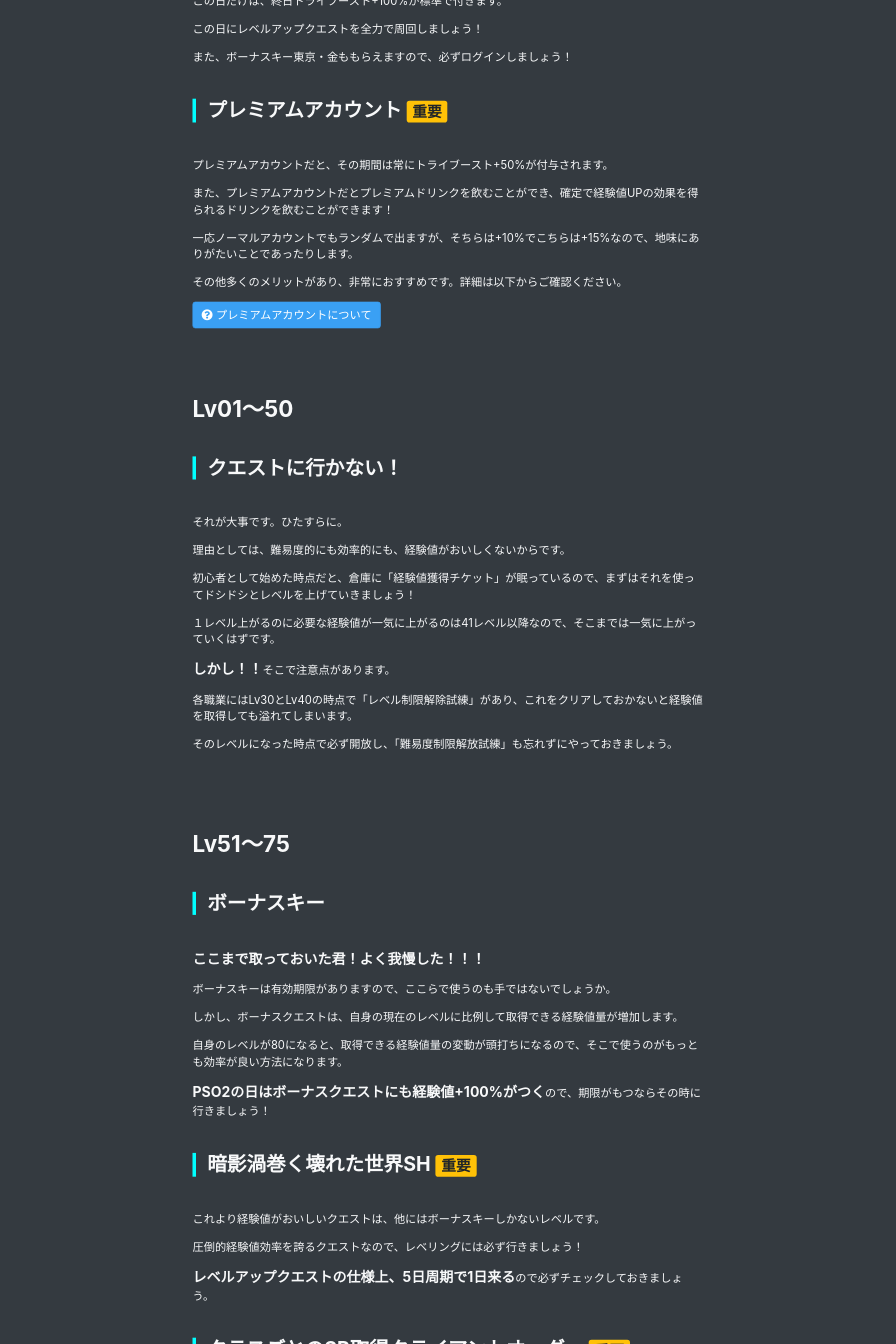
Repository: milkyahonpo/Website_source
Page: docs/capture.html
These files come from the project's save history. The page is drawn as it stood at one moment and after the next save; the edit follows.
The browser window is 1280 px wide. The pictures show the part of the page from y = 4580 to 6500 px (the page is 9526 px tall before and 9998 px after), at 70% of full size.
Some web libraries are served in a nearby version.

Above is the page before, as saved 2020-01-24 09:58:36.

### docs/capture.html
<!DOCTYPE html>
<html lang="ja">
  <head>
    <!-- Required meta tags -->
    <meta charset="utf-8">
    <meta name="viewport" content="width=device-width, initial-scale=1, shrink-to-fit=no">
    <!-- Bootstrap CSS -->
    <link rel="stylesheet" href="https://stackpath.bootstrapcdn.com/bootstrap/4.3.1/css/bootstrap.min.css" integrity="sha384-ggOyR0iXCbMQv3Xipma34MD+dH/1fQ784/j6cY/iJTQUOhcWr7x9JvoRxT2MZw1T" crossorigin="anonymous">
    <!-- My CSS -->
    <link rel="stylesheet" href="css/capture.css">
    <!-- favicon -->
    <link rel="shortcut icon" href="img/favicon.ico">
    <!-- Font Awesome -->
    <link href="https://use.fontawesome.com/releases/v5.6.1/css/all.css" rel="stylesheet">
    <!-- Google Fonts -->
    <link href="https://fonts.googleapis.com/css?family=Titillium+Web&display=swap" rel="stylesheet">

    <title>みるく屋本舗 - 攻略本 -</title>
  </head>

  <body>
  <!-- Navigation -->
  <nav class="navbar navbar-expand-lg navbar-light fixed-top py-3" id="mainNav">
    <div class="container">
      <a class="navbar-brand" href="index.html">
        <img src="./img/logo.png" width="50" height="50" alt="">
        <b>みるく屋本舗</b>
      </a>
      <button class="navbar-toggler navbar-togglar-right" type="button" data-toggle="collapse" data-target="#navbarResponsive" aria-controls="navbarResponsive" aria-expanded="false" aria-label="Toggle navigation">
        <span class="navbar-toggler-icon"></span>
      </button>
      <div class="collapse navbar-collapse" id="navbarResponsive">
        <ul class="navbar-nav ml-auto my-2 my-lg-0">
          <li class="nav-item">
            <a class="nav-link js-scroll-trigger" href="#basic">基礎知識</a>
          </li>
          <li class="nav-item">
            <a class="nav-link js-scroll-trigger" href="#lv1-50">Lv01～Lv50</a>
          </li>
          <li class="nav-item">
            <a class="nav-link js-scroll-trigger" href="#lv51-75">Lv51～Lv75</a>
          </li>
          <li class="nav-item">
            <a class="nav-link js-scroll-trigger" href="#lv76-80">Lv76～Lv80</a>
          </li>
          <li class="nav-item">
            <a class="nav-link js-scroll-trigger" href="#lv81-90">Lv81～Lv90</a>
          </li>
        </ul>
      </div>
    </div>
  </nav>
  <!-- About Section -->
  <section class="page-section h-100 bg-dark text-light">
    <div class="container h-100">
      <div class="row h-100 justify-content-center align-items-center">
        <div class="col-lg-8">
          <h2 class="display-1 mt-0 font-weight-bold text-center"><span style="color: cyan;">攻</span>略本</h2>
          <hr class="divider my-4">
          <p class="lead text-center">チムメンに役立つ育成情報を掲載します！</p>
          <p class="text-center"><small>最終更新 : 2020/01/23</small></p>
        </div>
      </div>
    </div>
  </section>

  <section class="page-section bg-dark text-light">
    <div class="container">
      <div class="row py-5 justify-content-center" id="basic">
        <div class="col-md-8">
          <h2 class="font-weight-bold">基礎知識</h2>
          <h3 class="my-5 pl-3"><strong class="font-weight-bold">メインクラスとサブクラス</strong></h3>
          <p>
            PSO2には「メインクラス」と「サブクラス」があります。
            <ul>
              <li>「メインクラス」装備できる武器に影響するクラス</li>
              <li>「サブクラス」一部のスキルとステータスの影響を受けるクラス<br>
            </ul>
            以下にクラス一覧と、その装備できる武器について示します。
          <p>
          <p class="alert alert-info">ガンスラッシュはどのクラスでも使用することができます。</p>
          <h4>通常クラス</h4>
          <table class="table table-striped table-hover my-3 table-dark">
            <tr><th>アイコン</th><th>クラス名</th><th>略称</th><th>装備できる武器</th></tr>
            <tr><td><img class="img-thumbnail" src="img/Hu.png"　style="display: inline-block" width="50px" height="auto"></td><td><a href="https://pso2.swiki.jp/index.php?%E3%83%8F%E3%83%B3%E3%82%BF%E3%83%BC">ハンター</a></td><td>Hu</td><td><ul><li>ソード</li><li>ワイヤードランス</li><li>パルチザン</li></ul></td></tr>
            <tr><td><img class="img-thumbnail" src="img/Fi.png"　style="display: inline-block" width="50px" height="auto"></td><td><a href="https://pso2.swiki.jp/index.php?%E3%83%95%E3%82%A1%E3%82%A4%E3%82%BF%E3%83%BC">ファイター</a></td><td>Fi</td><td><ul><li>ツインダガー</li><li>ダブルセイバー</li><li>ナックル</li></ul></td></tr>
            <tr><td><img class="img-thumbnail" src="img/Ra.png"　style="display: inline-block" width="50px" height="auto"></td><td><a href="https://pso2.swiki.jp/index.php?%E3%83%AC%E3%83%B3%E3%82%B8%E3%83%A3%E3%83%BC">レンジャー</a></td><td>Ra</td><td><ul><li>ランチャー</li><li>アサルトライフル</li></ul></td></tr>
            <tr><td><img class="img-thumbnail" src="img/Gu.png"　style="display: inline-block" width="50px" height="auto"></td><td><a href="https://pso2.swiki.jp/index.php?%E3%82%AC%E3%83%B3%E3%83%8A%E3%83%BC">ガンナー</a></td><td>Gu</td><td><ul><li>ツインマシンガン</li><li>アサルトライフル</li></ul></td></tr>
            <tr><td><img class="img-thumbnail" src="img/Fo.png"　style="display: inline-block" width="50px" height="auto"></td><td><a href="https://pso2.swiki.jp/index.php?%E3%83%95%E3%82%A9%E3%83%BC%E3%82%B9">フォース</a></td><td>Fo</td><td><ul><li>ロッド</li><li>タリス</li></ul></td></tr>
            <tr><td><img class="img-thumbnail" src="img/Te.png"　style="display: inline-block" width="50px" height="auto"></td><td><a href="https://pso2.swiki.jp/index.php?%E3%83%86%E3%82%AF%E3%82%BF%E3%83%BC">テクター</a></td><td>Te</td><td><ul><li>ウォンド</li><li>タリス</li></ul></td></tr>
            <tr><td><img class="img-thumbnail" src="img/Br.png"　style="display: inline-block" width="50px" height="auto"></td><td><a href="https://pso2.swiki.jp/index.php?%E3%83%96%E3%83%AC%E3%82%A4%E3%83%90%E3%83%BC">ブレイバー</a></td><td>Br</td><td><ul><li>カタナ</li><li>バレットボウ</li></ul></td></tr>
            <tr><td><img class="img-thumbnail" src="img/Bo.png"　style="display: inline-block" width="50px" height="auto"></td><td><a href="https://pso2.swiki.jp/index.php?%E3%83%90%E3%82%A6%E3%83%B3%E3%82%B5%E3%83%BC">バウンサー</a></td><td>Bo</td><td><ul><li>ジェットブーツ</li><li>デュアルブレード</li></ul></td></tr>
            <tr><td><img class="img-thumbnail" src="img/Su.png"　style="display: inline-block" width="50px" height="auto"></td><td><a href="https://pso2.swiki.jp/index.php?%E3%82%B5%E3%83%A2%E3%83%8A%E3%83%BC">サモナー</a></td><td>Su</td><td><ul><li>タクト</li></ul></td></tr >
          </table>
          <div class="my-5">
            <p>これらの通常クラスのいずれか２つをレベル75にすることで選択可能になる<strong class="lead font-weight-bold">「後継クラス」</strong>というものがあります。</p>
            <p>後継クラスは現状で３つあり、ファントムとエトワールはサブクラスとしてセットすることができますが、メインクラスとして使う場合、<strong class="lead font-weight-bold">全てサブクラスをセットすることができません。</strong>その代わりに、各クラス特徴のある強力なクラススキルを有しており、非常に優秀なクラスとなっています。</p>
          </div>
          <h4>後継クラス</h4>
          <table class="table table-striped table-hover my-3 table-dark">
            <tr><th>アイコン</th><th>クラス名</th><th>略称</th><th>装備できる武器</th></tr>
            <tr><td><img class="img-thumbnail" src="img/Hr.png"　style="display: inline-block" width="50px" height="auto"></td class="align-items-center"><td><a href="https://pso2.swiki.jp/index.php?%E3%83%92%E3%83%BC%E3%83%AD%E3%83%BC">ヒーロー</a></td><td>Hr</td><td><ul><li>ソード</li><li>ツインマシンガン</li><li>タリス</li></ul></td></tr>
            <tr><td><img class="img-thumbnail" src="img/Ph.png"　style="display: inline-block" width="50px" height="auto"></td><td><a href="https://pso2.swiki.jp/index.php?%E3%83%95%E3%82%A1%E3%83%B3%E3%83%88%E3%83%A0">ファントム</a></td><td>Ph</td><td><ul><li>カタナ</li><li>アサルトライフル</li><li>ロッド</li></td></tr>
            <tr><td><img class="img-thumbnail" src="img/Et.png"　style="display: inline-block" width="50px" height="auto"></td><td><a href="https://pso2.swiki.jp/index.php?%E3%82%A8%E3%83%88%E3%83%AF%E3%83%BC%E3%83%AB">エトワール</a></td><td>Et</td><td><ul><li>ダブルセイバー</li><li>デュアルブレード</li><li>ウォンド</li></td></tr>
          </table>
          <p>「メインクラス」は、当然ですが入手した経験値の100%が加算されます。</p>
          <p>「サブクラス」も、セットしておくだけでサブクラスがレベル70までは<strong class="lead font-weight-bold">メインクラスが獲得した経験値の25%</strong>が加算されます。</p>
          <p>そのため、必ずサブクラスをつけておきましょう。</p>

          <h3 class="my-5 pl-3"><strong class="font-weight-bold"><abbr title="特殊能力(DL先のファイルに詳細)">OP</abbr>・<abbr title="S級特殊能力(DL先のファイルに詳細)">SOP</abbr>付け</strong></h3>
          <p>PSO2の武器や<abbr title="防具のこと">ユニット</abbr>には、OPと呼ばれる特殊能力を付与することができます。</p>
          <p>これを付けていないとどれだけ頑張っても火力が出なかったり、伸び悩んでしまう原因になります。</p>
          <p>最初のうちに理解するのは難しい要素でもあるのですが、以下のファイルにOPの付け方をまとめてあるので、ダウンロードして必ず理解するようにしましょう！！</p>
          <a class="text-decoration-none" href="./document/PSO2 OP付け覚書.pdf" download="PSO2 OP付け覚書.pdf">
            <button class="btn btn-primary">
              <span class="text-decoration-none"><i class="fas fa-download"></i><b class="px-1">PSO2 OP付け覚書.pdf</b></span>
            </button>
          </a>
          <h3 class="my-5 pl-3"><strong class="font-weight-bold">ブーストアイテム</strong></h3>
          <p>PSO2には、経験値やメセタやレアドロの確率を一時的に上昇させる、トライブーストをはじめとした「ブーストアイテム」が多種類存在します。</p>
          <p>経験値を稼ぐためには、ブーストを使用したほうが有利ですので、必ず使用してクエストに行くことを忘れないようにしましょう。</p>
          <p>同じ名前のブーストアイテムを使用しても効果は多くならないので、違う名前のブーストを組み合わせることでより良い効果を得ることができます。</p>
          <p>元々の経験値を100%とすると...</p>
          <div class="card mb-3 text-dark">
            <div class="card-body">
            <p><b>例１)トライブースト+100%と経験値+75%を使用した場合の経験値取得率</b></p>
            <strong class="my-1 display-4"><var>100</var> + <var>100</var> + <var>75</var> = <var>275</var>%</strong>
            </div>
          </div>
          <p>上記のように、ブーストアイテムの効果は加算によって求められます。</p>

          <h3 class="my-5 pl-3"><strong class="font-weight-bold">パーティーブースト </strong><span class="badge badge-warning">重要</span></h3>
          <p>PSO2では、パーティーを組むことによって「パーティーブースト」と呼ばれる、<abbr title="略称「トラブ」 メセタ、レアドロ、経験値獲得量UP">トライブースト</abbr>が付与されます。</p>
          <p>先ほどのブーストアイテムについての項目でお話しましたが、ブーストアイテムの効果は加算によって求めることができます。</p>
          <p>しかし、<strong class="lead font-weight-bold">パーティーブーストだけは乗算でかかります。</strong>パーティーが二人以上の場合のパーティーの人数をXとすると、パーティーブーストは1.X倍になります。</p>
          <div class="card mb-3 text-dark">
            <div class="card-body">
            <p><b>例２)例１の場合でパーティー４人の場合の経験値取得率</b></p>
            <strong class="my-1 display-4"><var>275</var> * <var>1.4</var> = <span class="enh"><var>385</var>%</span></strong><br>
            </div>
          </div>
          <p>絶対に４人パーティーで行きましょう！</p>

          <h3 class="my-5 pl-3"><strong class="font-weight-bold">PSO2の日(毎月2日 +プレミアムは22日)</strong></h3>
          <p>この日だけは、終日トライブースト+100%が標準で付きます。</p>
          <p>この日にレベルアップクエストを全力で周回しましょう！</p>
          <p>また、ボーナスキー東京・金ももらえますので、必ずログインしましょう！</p>

          <h3 class="my-5 pl-3"><strong class="font-weight-bold">プレミアムアカウント </strong><span class="badge badge-warning">重要</span></h3>
          <p>プレミアムアカウントだと、その期間は常にトライブースト+50%が付与されます。</p>
          <p>また、プレミアムアカウントだとプレミアムドリンクを飲むことができ、確定で経験値UPの効果を得られるドリンクを飲むことができます！</p>
          <p>一応ノーマルアカウントでもランダムで出ますが、そちらは+10%でこちらは+15%なので、地味にありがたいことであったりします。</p>
          <p>その他多くのメリットがあり、非常におすすめです。詳細は以下からご確認ください。</p>
          <a href="http://pso2.jp/players/manual/preparations/ac/#sys-manual-513"><button class="btn btn-primary"><i class="fas fa-question-circle"></i> プレミアムアカウントについて</button></a>
        </div>
      </div>
      <div class="row py-5 justify-content-center" id="lv1-50">
        <div class="col-lg-8">
          <h2><b>Lv01～50</b></h2>
          <h3 class="my-5 pl-3"><strong class="font-weight-bold">クエストに行かない！</strong></h3>
          <p>それが大事です。ひたすらに。</p>
          <p>理由としては、難易度的にも効率的にも、経験値がおいしくないからです。</p>
          <p>初心者として始めた時点だと、倉庫に「経験値獲得チケット」が眠っているので、まずはそれを使ってドシドシとレベルを上げていきましょう！</p>
          <p>１レベル上がるのに必要な経験値が一気に上がるのは41レベル以降なので、そこまでは一気に上がっていくはずです。</p>
          <p><strong class="lead font-weight-bold">しかし！！</strong>そこで注意点があります。</p>
          <p>各職業にはLv30とLv40の時点で「レベル制限解除試練」があり、これをクリアしておかないと経験値を取得しても溢れてしまいます。</p>
          <p>そのレベルになった時点で必ず開放し、「難易度制限解放試練」も忘れずにやっておきましょう。</p>
        </div>
      </div>
      <div class="row py-5 justify-content-center" id="lv51-75">
        <div class="col-lg-8">
          <h2 class="mb-5"><b>Lv51～75</b></h2>
          <h3 class="my-5 pl-3"><strong class="font-weight-bold">ボーナスキー</strong></h3>
          <p><strong class="lead font-weight-bold">ここまで取っておいた君！よく我慢した！！！</strong></p>
          <p>ボーナスキーは有効期限がありますので、ここらで使うのも手ではないでしょうか。</p>
          <p>しかし、ボーナスクエストは、自身の現在のレベルに比例して取得できる経験値量が増加します。</p>
          <p>自身のレベルが80になると、取得できる経験値量の変動が頭打ちになるので、そこで使うのがもっとも効率が良い方法になります。</p>
          <p><strong class="lead font-weight-bold">PSO2の日はボーナスクエストにも経験値+100%がつく</strong>ので、期限がもつならその時に行きましょう！</p>

          <h3 class="my-5 pl-3"><strong class="font-weight-bold">暗影渦巻く壊れた世界SH </strong><span class="badge badge-warning">重要</span></h3>
          <p>これより経験値がおいしいクエストは、他にはボーナスキーしかないレベルです。</p>
          <p>圧倒的経験値効率を誇るクエストなので、レベリングには必ず行きましょう！</p>
          <p><strong class="lead font-weight-bold">レベルアップクエストの仕様上、5日周期で1日来る</strong>ので必ずチェックしておきましょう。</p>

          <h3 class="my-5 pl-3"><strong class="font-weight-bold">クラスごとの<abbr title="スキルポイント スキルツリーのスキルを取得するために必要になる レベル1UPごとに1SP">SP</abbr>取得クライアントオーダー </strong><span class="badge badge-warning">重要</span></h3>
          <p>レベル75になると、クラスキューブというアイテムを渡すことによって、クラスごとにSPを獲得できるクライアントオーダーが解放されます。</p>
          <p>クラスキューブとは、ハンターであれば「Huエクスキューブ」といったような、クラスの略称がついたアイテムになります。</p>
          <p>全てのクラス共通で、最初は1個、次は2個、3個、4個と要求数が増えていき、全4つのオーダーで合計10個のクラスキューブが必要になります。</p>
          <p><strong class="lead font-weight-bold">ゲートエリアのNPCシロナの「トレジャーショップ」</strong>から、SGまたはメセタを使用してクラスキューブを購入することができます。売っているクラスキューブは日替わりなので、自分の欲しいクラスキューブが陳列された時に購入しましょう！</p>

          <p>また、レベル90の<abbr title="レベルがそれ以上上がらない状態になること">レベルキャップ</abbr>に到達した状態でレベルアップすることで、そのクラスのクラスキューブを<strong class="lead font-weight-bold">レベルアップごとに７個</strong>取得することができます。</p>
        </div>
      </div>
          <!--
          <h3 class="my-5 pl-3"><strong class="font-weight-bold">レベル75制限解除試験・○○ </strong><span class="badge badge-info">後継クラスのみ</span></h3>
          <p>レベル75制限解除試験とは、その名の通りレベル75のレベルキャップを解放するクライアントオーダーです。</p>
          <p>これまでもレベル30の時点やレベル40の時点にも存在したものと同じになります。</p>
          <p>このレベルキャップ解放はクラスごとにクリアする必要があります。</p>
          <p>条件は、<br>
          <strong class="lead font-weight-bold">「<abbr title="ガンスラッシュは対象外です">メインクラスで装備できる武器種</abbr>の☆13以上を+35まで強化する」</strong><br>
          というものになります。</p>
          <p><strong class="lead font-weight-bold">ゲートエリアのNPCプリンの「コレクトシート」</strong>で、☆13武器の+35をゲットするだけで達成することができます。</p>
          <p>コレクトシートとは、数あるアイテムの中から自身が欲しいアイテムを選択し、そのアイテムのシートを入手したのちに、シート中に記載されている必要項目を全達成することで対象のアイテムが入手できるというものです。</p>
          <p>それぞれの項目に指定された条件を達成すると項目のゲージが上昇していき、ゲージが最大になった時にドロップするアイテムを入手することで項目が達成されます。</p>
          <p>基本的にコレクトシートの項目の条件は、入手した時点で開催されている緊急クエストや期間限定クエストで達成できるものが設定されているので、どんどん参加しましょう！</p>
          -->

      <div class="row py-5 justify-content-center" id="lv76-80">
        <div class="col-lg-8">
          <h2 class="mb-5"><b>Lv76～80</b></h2>
          <h3 class="my-5 pl-3"><strong class="font-weight-bold">必要経験値の異常なまでの上昇 </strong><span class="badge badge-danger">難関</span></h3>
          <p><strong class="lead font-weight-bold">今までとは比べ物にならないくらいにレベルが上がらなくなってきます。</strong></p>
          <p>ただ、昔のPSO2と比較したら今はボーナスキーもあり、レベルアップクエストなんてものもあり、
          そのうえPSO2の日では経験値+100%で、プレミアムなら毎日トライブースト+50%もつくだって！？</p>
          <strong class="lead font-weight-bold">めげずに頑張りましょう！私たちがついています！</strong>

          <h3 class="my-5 pl-3"><strong class="font-weight-bold">ボーナスキー </strong></h3>
          <p>それはここでも同じです。</p>
          <p>PSO2で経験値が一番おいしいクエストは間違いなくボーナスキー！</p>
          <p>手に入れたらPSO2の日をねらって絶対に行きましょう！</p>
          <p>(ブーストアイテムを忘れずにね！)</p>

          <h3 class="my-5 pl-3"><strong class="font-weight-bold">暗影渦巻く壊れた世界XH </strong><span class="badge badge-success">更新時点 推奨</span></h3>
          <p>現状最強武器の「リバレイト〇〇」という武器の入手にはクラスキューブが必要になります。</p>
          <p>また、2020/02/05まで開催されている<a href="http://pso2.jp/players/event/newyear2020/">SPACE MAGATSU DESTROYERS</a>の個人ポイント獲得はこの暗影でもためることができ、暗影は1周2分で周回できるので非常に高効率となっています。(本来あってはならないことかもしれませんが...)</p>
          <p>以上の理由から、現時点では高レベルのプレイヤーも暗影を周回しており、人がすぐに集まることも多いため、以下に記載してあるSHを周回するよりも圧倒的に高効率でレベルアップすることができます。</p>

          <h3 class="my-5 pl-3"><strong class="font-weight-bold">暗影渦巻く壊れた世界SH </strong><span class="badge badge-secondary">更新時点 非推奨</span></h3>
          <p>「え？なんでまだこの段階でもXH行かないの？」</p>
          <p>そう思う方も多いことでしょう。</p>
          <p>試しにXHに行ってみた方はわかると思いますが、
          <strong class="lead font-weight-bold">クエストに12人いることのほうが少ないです。</strong></p>
          <p>理由はSHとXHの受注可能なレベル帯の差にあります。</p>
          <p>SHはレベル50から受注可能で、XHには、メインサブの双方を75まで上げないと行けません。</p>
          <p>なので、SHを回るのは、75-50=レベル25分の幅の方で、
          なおかつメインはレベル75であってもサブはまだという方も含まれます。</p>
          <p>それに対してXHはレベル75から受注可能で、最大はレベル90です。</p>
          <p>なので、XHを回るのは、90-75=レベル15分の幅の方で、
          なおかつメインサブ双方が75以上である方です。</p>
          <p>それゆえに、暗影で人数が集まるのは必然的にSHとなるわけです。</p>
          <p>人数が集まるということは、パーティーが組めるのでブーストがのる。</p>
          <p><strong class="lead font-weight-bold">そういうことです！</strong></p>

          <h3 class="my-5 pl-3"><strong class="font-weight-bold">クラスごとのSP取得クライアントオーダー </strong></h3>
          <p>Lv51～75で前述のとおりです。</p>
          <p>もしもレベル75の時点でやっていなかったのであれば、必ずここで済ませてしまいましょう！</p>

          <!--
          <h3 class="my-5 pl-3"><strong class="font-weight-bold">レベル80制限解除試験・○○ </strong></h3>
          <p>「またレベルキャップか・・・」</p>
          <p>安心してください。今回のは<b>めちゃくちゃ簡単</b>です。</p>
          <p>レベルを75にした時点で称号報酬でもらっていた、３つの<strong class="lead font-weight-bold">「サブ／ステラウォール」</strong>というユニット。</p>
          <p>若しくは、ここまで暗影を周回している人なら持っているであろう「ウェポンズバッジ2019」。</p>
          <p>それとバッジ交換ショップで交換できる☆12ユニットの、</p>
          <p><strong class="lead font-weight-bold">「リア／サーキュレイ」、「アーム／サーカレイ」、「レッグ／サークレイ」</strong>。</p>
          <p>そのどちらかのシリーズを全て+10にしてから装備して話しかけるだけで達成できます。</p>
          <p>ユニットの強化は、武器と比較してものすごく簡単なので、
          強化値+7までは補助アイテム何も無しで上げていき、
          +8以降は、「強化成功率+5%」と「強化リスク軽減(+1)」を使用して上げていくだけで十分です。</p>
          <p>もっていないのであれば、どちらも非常に安価にマイショップで販売していますので、
          どんどん上げて、ぱぱっと報告してしまいましょう！</p>
          -->
        </div>
      </div>
      <div class="row py-5 justify-content-center" id="lv81-90">
        <div class="col-lg-8">
          <h2 class="mb-5"><b>Lv81～90</b></h2>
          <h3 class="my-5 pl-3 display-4"><font color="orange">気合 <i class="fas fa-exclamation"></i></font></h3>
          <p>今までの知識をすべて駆使してレベルを上げていきましょう。</p>
          <p>ブースト、ボーナスキー、暗影...</p>
          <p><b style="font-size: 20px">頂上はもうすぐです！</b></p>
        </div>
      </div>
    </div>
  </div>
</section>
  <!-- Footer -->
  <footer class="bg-light py-5">
    <div class="container">
      <div class="small text-center text-muted">※当サイトの一部の掲載画像等に関する権利は、株式会社セガゲームズに帰属しています。</div>
      <div class="small text-center text-muted">Copyright &copy; 2019 - MYH / SEGA PHANTASY STAR ONLINE 2</div>
    </div>
  </footer>

  <!-- Bootstrap core JavaScript -->
  <script src="vendor/jquery/jquery.min.js"></script>
  <script src="vendor/bootstrap/js/bootstrap.bundle.min.js"></script>

  <!-- Plugin JavaScript -->
  <script src="vendor/jquery-easing/jquery.easing.min.js"></script>
  <script src="vendor/magnific-popup/jquery.magnific-popup.min.js"></script>

  <!-- Custom scripts for this template -->
  <script src="js/creative.min.js"></script>

    <!-- Optional JavaScript -->
    <!-- jQuery first, then Popper.js, then Bootstrap JS -->
    <script src="https://code.jquery.com/jquery-3.3.1.slim.min.js" integrity="sha384-q8i/X+965DzO0rT7abK41JStQIAqVgRVzpbzo5smXKp4YfRvH+8abtTE1Pi6jizo" crossorigin="anonymous"></script>
    <script src="https://cdnjs.cloudflare.com/ajax/libs/popper.js/1.14.7/umd/popper.min.js" integrity="sha384-UO2eT0CpHqdSJQ6hJty5KVphtPhzWj9WO1clHTMGa3JDZwrnQq4sF86dIHNDz0W1" crossorigin="anonymous"></script>
    <script src="https://stackpath.bootstrapcdn.com/bootstrap/4.3.1/js/bootstrap.min.js" integrity="sha384-JjSmVgyd0p3pXB1rRibZUAYoIIy6OrQ6VrjIEaFf/nJGzIxFDsf4x0xIM+B07jRM" crossorigin="anonymous"></script>
  </body>
</html>

### docs/js/creative.min.js
/*!
 * Start Bootstrap - Creative v5.1.6 (https://startbootstrap.com/template-overviews/creative)
 * Copyright 2013-2019 Start Bootstrap
 * Licensed under MIT (https://github.com/BlackrockDigital/startbootstrap-creative/blob/master/LICENSE)
 */

!function (e) { "use strict"; e('a.js-scroll-trigger[href*="#"]:not([href="#"])').click(function () { if (location.pathname.replace(/^\//, "") == this.pathname.replace(/^\//, "") && location.hostname == this.hostname) { var a = e(this.hash); if ((a = a.length ? a : e("[name=" + this.hash.slice(1) + "]")).length) return e("html, body").animate({ scrollTop: a.offset().top - 72 }, 1e3, "easeInOutExpo"), !1 } }), e(".js-scroll-trigger").click(function () { e(".navbar-collapse").collapse("hide") }), e("body").scrollspy({ target: "#mainNav", offset: 75 }); function a() { 100 < e("#mainNav").offset().top ? e("#mainNav").addClass("navbar-scrolled") : e("#mainNav").removeClass("navbar-scrolled") } a(), e(window).scroll(a)/*, e("#portfolio").magnificPopup({ delegate: "a", type: "image", tLoading: "Loading image #%curr%...", mainClass: "mfp-img-mobile", gallery: { enabled: !0, navigateByImgClick: !0, preload: [0, 1] }, image: { tError: '<a href="%url%">The image #%curr%</a> could not be loaded.' } })*/ }(jQuery);

Loaded but not shown: docs/css/capture.css (library); docs/vendor/jquery/jquery.min.js (library); docs/vendor/bootstrap/js/bootstrap.bundle.min.js (library); docs/vendor/jquery-easing/jquery.easing.min.js (common file); docs/vendor/magnific-popup/jquery.magnific-popup.min.js (library)

After the next save:
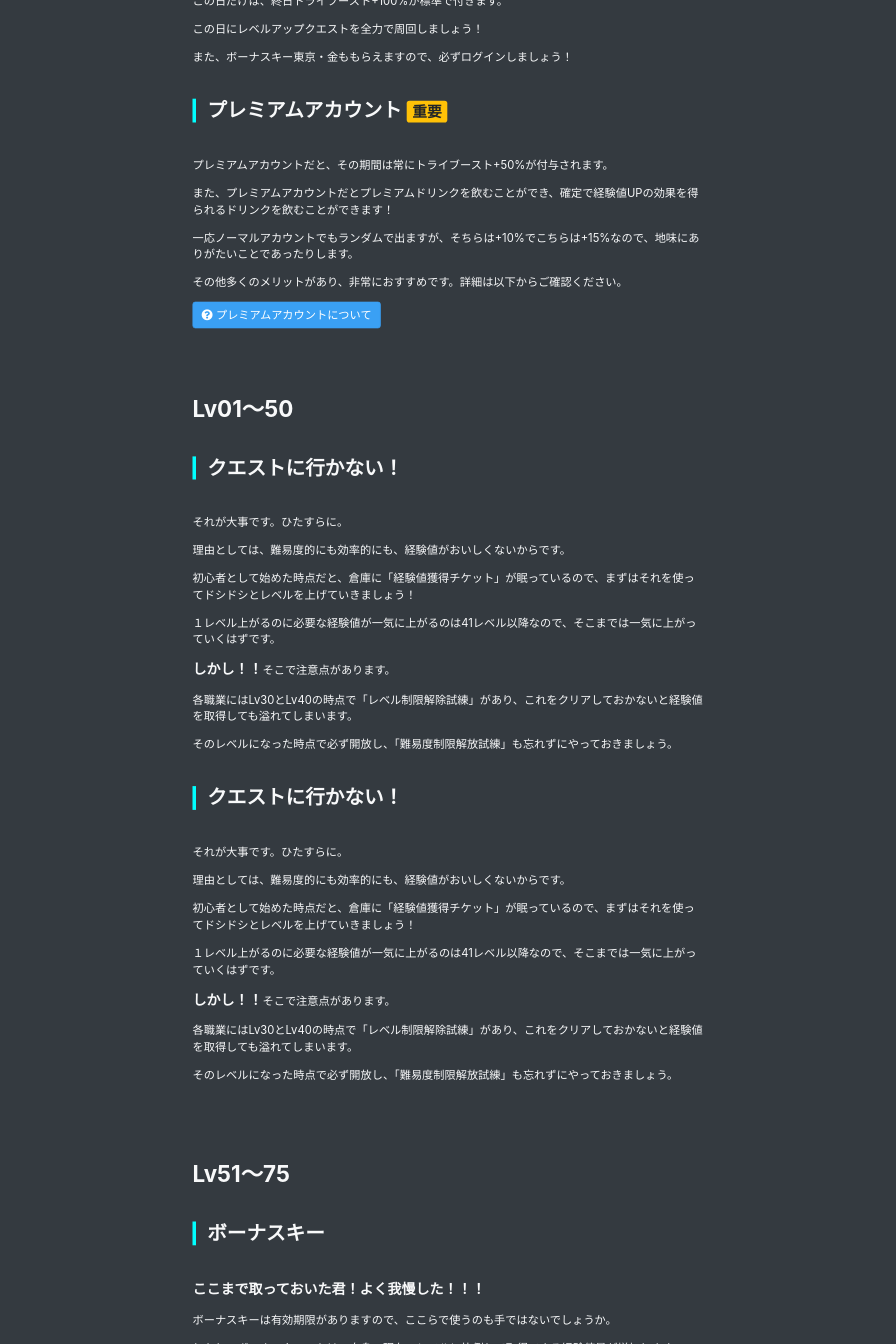
Saved 3 min 40 s later.
--- a/docs/capture.html
+++ b/docs/capture.html
@@ -165,6 +165,14 @@
           <p><strong class="lead font-weight-bold">しかし！！</strong>そこで注意点があります。</p>
           <p>各職業にはLv30とLv40の時点で「レベル制限解除試練」があり、これをクリアしておかないと経験値を取得しても溢れてしまいます。</p>
           <p>そのレベルになった時点で必ず開放し、「難易度制限解放試練」も忘れずにやっておきましょう。</p>
+          <h3 class="my-5 pl-3"><strong class="font-weight-bold">クエストに行かない！</strong></h3>
+          <p>それが大事です。ひたすらに。</p>
+          <p>理由としては、難易度的にも効率的にも、経験値がおいしくないからです。</p>
+          <p>初心者として始めた時点だと、倉庫に「経験値獲得チケット」が眠っているので、まずはそれを使ってドシドシとレベルを上げていきましょう！</p>
+          <p>１レベル上がるのに必要な経験値が一気に上がるのは41レベル以降なので、そこまでは一気に上がっていくはずです。</p>
+          <p><strong class="lead font-weight-bold">しかし！！</strong>そこで注意点があります。</p>
+          <p>各職業にはLv30とLv40の時点で「レベル制限解除試練」があり、これをクリアしておかないと経験値を取得しても溢れてしまいます。</p>
+          <p>そのレベルになった時点で必ず開放し、「難易度制限解放試練」も忘れずにやっておきましょう。</p>
         </div>
       </div>
       <div class="row py-5 justify-content-center" id="lv51-75">
